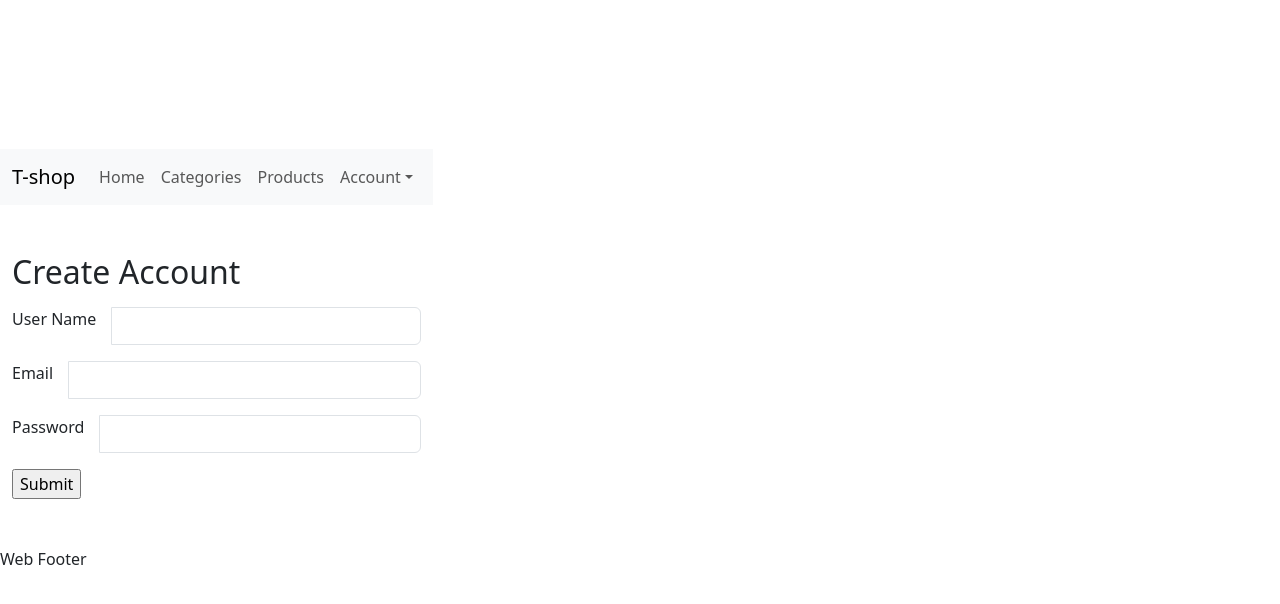
Repository: HadelAbdellatif/ecommerce1
Page: /register
These files come from the project's save history. The page is drawn as it stood at one moment and after a run of saves; the edit follows.
The browser window is 1280 px wide. The pictures show the whole page.
The project was rebuilt for these pictures with package versions that can differ from the ones it lists, and the page was loaded fresh each time. Also part of the build but not shown: vite.config.js, src/components/web/home/Home.jsx, src/components/web/categories/Categories.jsx, src/components/dashboard/navbar/Navbar.jsx, src/components/dashboard/footer/Footer.jsx, src/layouts/DashboardLayout.jsx, src/components/dashboard/home/Home.jsx, src/components/dashboard/categories/Categories.jsx.

Above is the page before, as saved 2023-11-22 19:57:21.

### src/main.jsx
import React from 'react'
import ReactDOM from 'react-dom/client'

import '../node_modules/bootstrap/dist/css/bootstrap.min.css'
import '../node_modules/bootstrap/dist/js/bootstrap.bundle.min.js'

import { ToastContainer } from 'react-toastify';
import 'react-toastify/dist/ReactToastify.css';

import App from './App.jsx'
import './index.css'

ReactDOM.createRoot(document.getElementById("root")).render(
  <App />
);

### src/App.jsx
import React from 'react'
import {router} from './layouts/Routes.jsx'
import axios from 'axios'
import { ToastContainer } from 'react-toastify';
import {createBrowserRouter, RouterProvider, } from "react-router-dom";



export default function App() {
  return (
    <RouterProvider router={router} />
  )
}

### src/layouts/Routes.jsx

import {createBrowserRouter, RouterProvider, } from "react-router-dom";

import Layout from "./Layout.jsx";
import Home from "./../components/web/home/Home.jsx";
import Categories from "./../components/web/categories/Categories.jsx";
import Register from "../components/web/register/Register.jsx";

import DashboardLayout from "../layouts/DashboardLayout.jsx";
import DashboardHome from "../components/dashboard/home/Home.jsx";
import DashboardCategories from "../components/dashboard/categories/Categories.jsx";


export const router = createBrowserRouter([
    {
      path: "/",
      element: <Layout />,
      children:[
        {
          path:'home',
          element: <Home />
        },
        {
          path:'categories',
          element: <Categories />
        },
        {
          path:'register',
          element: <Register />
        },
        {
          path:'*',
          element: <h2 className='fst-italic'>page not found --- web</h2>
        }
      ]
    },
    {
      path:"/dashboard",
      element: <DashboardLayout />,
      children:[
        {
          path:'home',
          element: <DashboardHome />
        },
        {
          path:'categories',
          element: <DashboardCategories />
        },
        {
          path:'*',
          element: <h2 className='fst-italic'>page not found --- dashboard</h2>
        }
      ]
    }

  ]);

### src/layouts/Layout.jsx
import React from 'react'
import Navbar from '../components/web/navbar/Navbar'
import Footer from '../components/web/footer/Footer'
import { Outlet } from 'react-router-dom'

export default function Layout() {
    return (
        <>
            <Navbar />
            <Outlet />
            <Footer />
        </>
    )
}

### src/components/web/register/Register.jsx
import React from 'react'
import Input from '../../shared/Input';
import { useFormik } from 'formik';
import { registerSchema } from '../Validate';

export default function Register() {

    const onSubmit = values => {
        console.log(values);
    }

    const initialValues={
        userName: '',
        email: '',
        password: '',
    }

    const formik = useFormik({  //like backend
        initialValues
        ,
        onSubmit
        ,
        validationSchema:registerSchema
      /*  validate: values => {
            let errors = {};
            if (!values.userName) {
                errors.userName = "user name is required";
            }
            if (!values.email) {
                errors.email = "email is required";
            }
            if (!values.password) {
                errors.password = "password is required";
            }

            return errors;
        }
        */
    });


    const inputs = [
        {
            id: 'username',
            type: 'text',
            name: 'userName',  //like backend
            title: 'User Name',
            value: formik.values.userName,  //like backend
        },
        {
            id: 'email',
            type: 'email',
            name: 'email', //like backend
            title: 'Email',
            value: formik.values.email, //like backend

        },
        {
            id: 'password',
            type: 'password',
            name: 'password', //like backend
            title: 'Password',
            value: formik.values.password, //like backend
        },
    ];


    const renderInputs = inputs.map((input, index) =>
        <Input
            type={input.type}
            id={input.id}
            name={input.name}
            title={input.title}
            value={input.value}
            onChange={formik.handleChange}
            errors={formik.errors}
            onBlur = {formik.handleBlur}
            touched = {formik.touched}
            key={index} />
    )


    return (
        <>
            <div className="container">

                <h2 className='mt-5'>Create Account</h2>
                <form className='mb-5' onSubmit={formik.handleSubmit}>
                    {renderInputs}
                    <input type='submit' />
                </form>
            </div>
        </>
    )
}

### src/components/web/navbar/Navbar.jsx
import React from 'react'
import { Link } from 'react-router-dom'

export default function Navbar() {
  return (
    <>
      <nav className="navbar navbar-expand-lg bg-body-tertiary">
        <div className="container">
          <a className="navbar-brand" href="#">T-shop</a>
          <button className="navbar-toggler" type="button" data-bs-toggle="collapse" data-bs-target="#navbarSupportedContent" aria-controls="navbarSupportedContent" aria-expanded="false" aria-label="Toggle navigation">
            <span className="navbar-toggler-icon" />
          </button>
          <div className="collapse navbar-collapse" id="navbarSupportedContent">
            <ul className="navbar-nav m-auto mb-2 mb-lg-0">

              <li className="nav-item">
                <a className="nav-link" href="#">Home</a>
              </li>


              <li className="nav-item">
                <a className="nav-link" href="#">Categories</a>
              </li>


              <li className="nav-item">
                <a className="nav-link" href="#">Products</a>
              </li>


            </ul>
            <ul className="navbar-nav">
              <li className="nav-item dropdown">
                <a className="nav-link dropdown-toggle" href="#" role="button" data-bs-toggle="dropdown" aria-expanded="false">
                  Account
                </a>
                <ul className="dropdown-menu ">
                  <li><Link  to={"/register"} className="dropdown-item" href="#">register</Link></li>
                  <li><hr className="dropdown-divider" /></li>
                  <li><a className="dropdown-item" href="#">login</a></li>
                </ul>
              </li>
            </ul>

          </div>
        </div>
      </nav>

    </>
  )
}

### src/components/web/footer/Footer.jsx
import React from 'react'

export default function Footer() {
  return (
    <div>Web Footer</div>
  )
}

### src/components/shared/Input.jsx
import React from 'react'

export default function Input({ id, title, type = 'text', name, value, onChange, errors, onBlur, touched }) {
    return (
        <>
            <div className="input-group my-3">
                <label htmlFor={id} className='me-3'>{title}</label>
                <input type={type} name={name} className="form-control" id={id} value={value} onChange={onChange} onBlur={onBlur}/>
                {touched[name] && errors[name] && <p className='text text-danger'>{errors[name]}</p>}
            </div>
        </>
    )
}

### src/components/web/Validate.js
import * as yup from 'yup';

export const registerSchema = yup.object({
    userName: yup.string().required("username is required").min(3, "must be at least 3 char").max(30, "max is 30 char"),
    email: yup.string().required("email is required").email(),
    password: yup.string().required("password is required").min(3, "must be at least 3 char").max(30, "max is 30 char"),

})

Loaded but not shown: index.html (common file); src/index.css (common file)

After the next 4 saves:
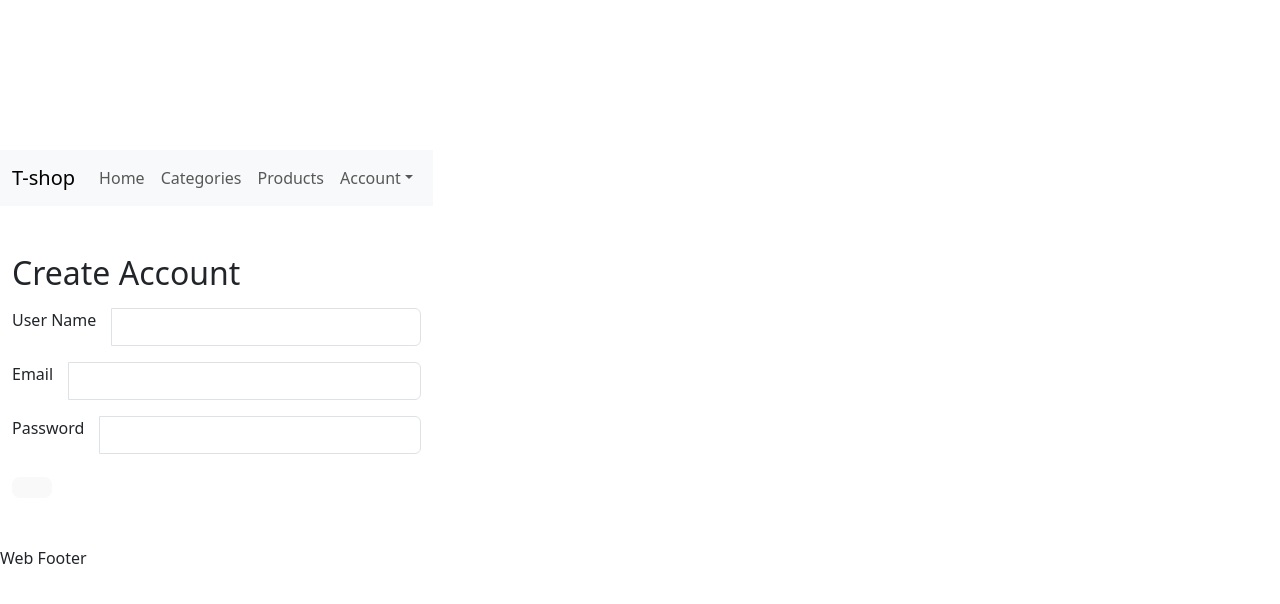
The 4 saves are shown as one change because they came seconds apart.
The last was saved 2 days later.
--- a/src/components/web/register/Register.jsx
+++ b/src/components/web/register/Register.jsx
@@ -87,7 +87,8 @@ export default function Register() {
                 <h2 className='mt-5'>Create Account</h2>
                 <form className='mb-5' onSubmit={formik.handleSubmit}>
                     {renderInputs}
-                    <input type='submit' />
+
+                    <button></button>
                 </form>
             </div>
         </>
